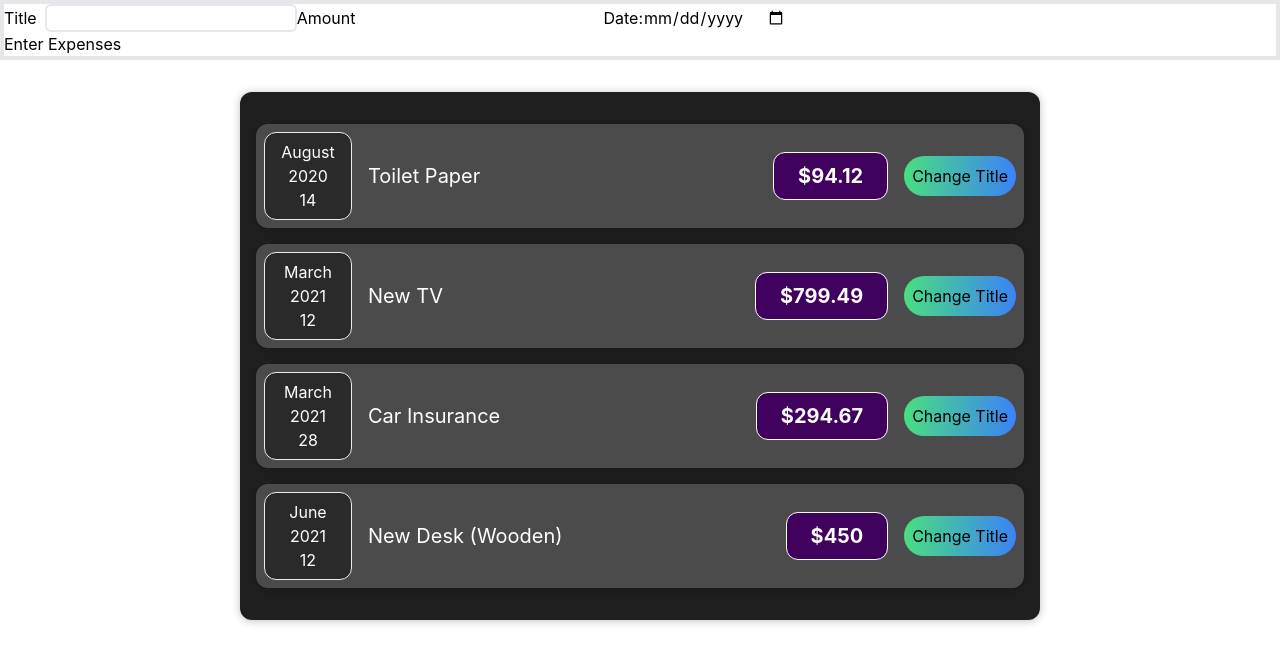
Repository: Sef24/expense-tracker
Page: /
The author's editor kept a copy of each file at every save. The page is drawn from the files as they stood at one save, then again after the next save.
The browser window is 1280 px wide. The pictures show the whole page.
The project was rebuilt for these pictures with package versions that can differ from the ones it lists, and the page was loaded fresh each time. Also part of the build but not shown: src/components/NewExpense/NewExpense.css, src/components/NewExpense/ExpenseForm.css.

Above is the page before, as saved 2022-04-24 19:31:12.

After the next save:
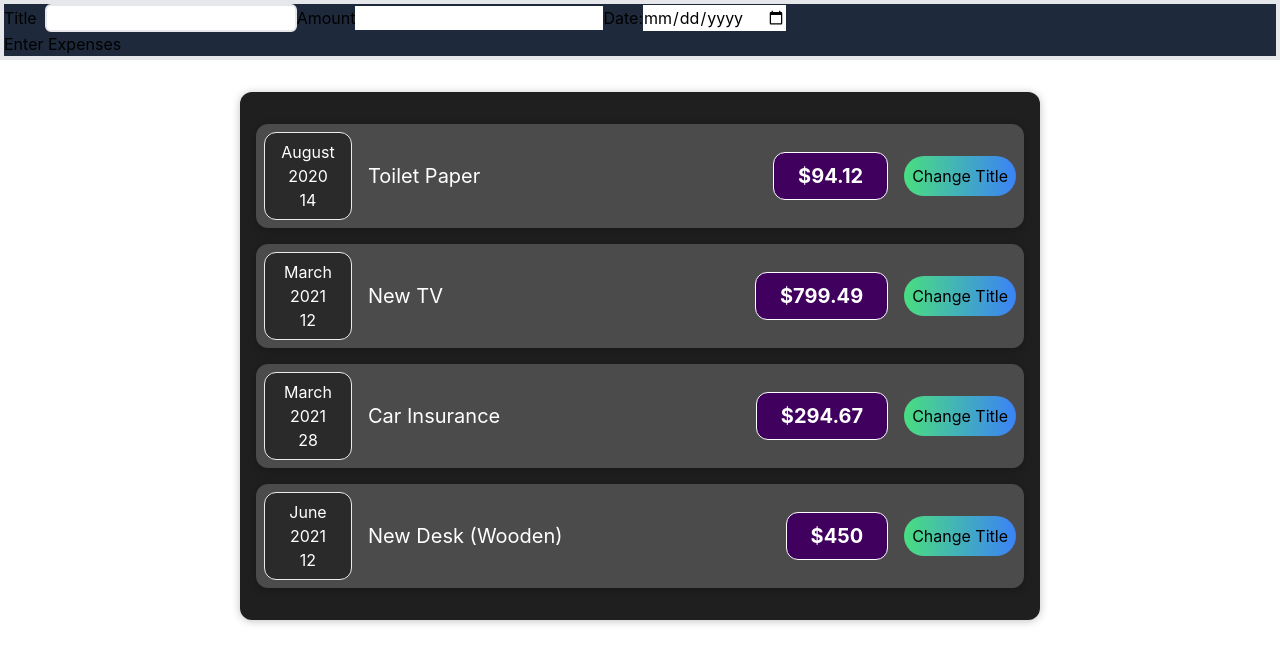
Saved 22 s later.
--- a/src/components/NewExpense/ExpenseForm.js
+++ b/src/components/NewExpense/ExpenseForm.js
@@ -3,7 +3,7 @@ import "./ExpenseForm.css";
 
 function ExpenseForm() {
   return (
-    <form className="w-full flex justify-between border-4">
+    <form className="w-full flex justify-between border-4 bg-slate-800">
       <div className="">
         <label>Title</label>
         <input type="text" className="border-2 rounded-md ml-2" />
